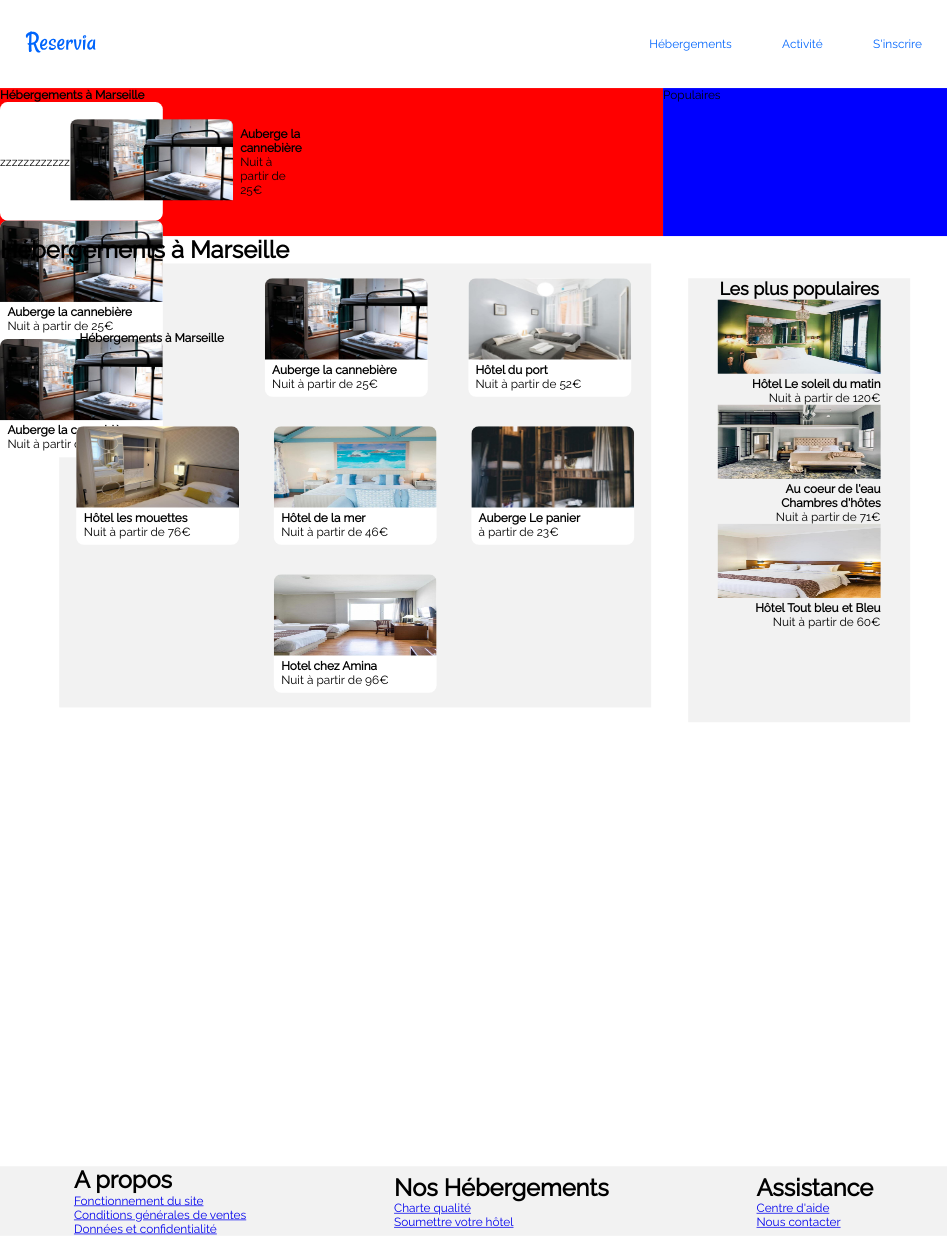
Repository: SoumareHarona/Soumaraharona_P2_18052021
Page: reservia.html
These files come from the project's save history. The page is drawn as it stood at one moment and after the next save; the edit follows.
The browser window is 1280 px wide. The pictures show the whole page, at 74% of full size.

Above is the page before, as saved 2021-06-14 16:02:28.

### reservia.html
<!DOCTYPE html>
<html lang="fr">
    <head>
        <link rel="preconnect" href="https://fonts.gstatic.com">
        <link href="https://fonts.googleapis.com/css2?family=Raleway:wght@100&display=swap" rel="stylesheet">
        <meta charset="utf-8">
        <title>Réservia</title>
        <link rel="stylesheet" href="style.css">
        <link rel="icon" type="image/png" sizes="16x16" href="images/logo/Reservia@3x.png">
    </head>

    <body>
        <header>

            <nav class="navbar">
                <ul>
                    <li class="navbar-logo"><a href="#"><img class="logo" src="images/logo/Reservia.svg"></a></li>
                    <li class="=navbar-links"><a href="#">Hébergements</a></li>
                    <li class="navbar-links"><a href="#">Activité</a></li>
                    <li class="navbar-links"><a href="#">S'inscrire</a></li>
                </ul>
            </nav>

        </header>

        <div class="hebEtPop">
            <div class="heb" style="background-color: red;height: 200px;">
                <p class="titre"><b>Hébergements à Marseille</b></p>
                <div class="cards">
                <div class="items" style="display: flex;">
                    <div class="card">zzz</div>
                    <div class="card">zzz</div>
                    <div class="card">zzz</div>
                    <div class="card">zzz</div>




                    <a href="#"><img class="mosaique" src="images/hebergements/4_small/marcus-loke-WQJvWU_HZFo-unsplash.jpg" alt="" ></a>
                    <p><b>Auberge la cannebière</b><br>Nuit à partir de 25€</p>
                </div>
                                <div class="items">
                    <a href="#"><img class="mosaique" src="images/hebergements/4_small/marcus-loke-WQJvWU_HZFo-unsplash.jpg" alt="" ></a>
                    <p><b>Auberge la cannebière</b><br>Nuit à partir de 25€</p>
                </div>
                                <div class="items">
                    <a href="#"><img class="mosaique" src="images/hebergements/4_small/marcus-loke-WQJvWU_HZFo-unsplash.jpg" alt="" ></a>
                    <p><b>Auberge la cannebière</b><br>Nuit à partir de 25€</p>
                </div>

                </div>

            </div>
            <div class="pop" style="background-color: blue;height: 200px;">Populaires</div>
        </div>

        <div><h1>Hébergements à Marseille</h1></div>


            <div id="hebergements">
                <div class="titre"><p><b>Hébergements à Marseille</b></p></div>
                <div class="items">
                    <a href="#"><img class="mosaique" src="images/hebergements/4_small/marcus-loke-WQJvWU_HZFo-unsplash.jpg" alt="" ></a>
                    <p><b>Auberge la cannebière</b><br>Nuit à partir de 25€</p>
                </div>

                <div class="items">
                    <a href="#"><img class="mosaique" src="images/hebergements/4_small/fred-kleber-gTbaxaVLvsg-unsplash.jpg" alt="" ></a>
                    <p><b>Hôtel du port</b><br> Nuit à partir de 52€</p>
                </div>

                <div class="items">
                    <a href="#"><img class="mosaique" src="images/hebergements/4_small/reisetopia-B8WIgxA_PFU-unsplash.jpg" alt="" ></a>
                    <p><b>Hôtel les mouettes</b><br>Nuit à partir de 76€</p>
                </div>

                <div class="items">
                    <a href="#"><img class="mosaique" src="images/hebergements/4_small/annie-spratt-Eg1qcIitAuA-unsplash.jpg" alt="" ></a>
                    <p><b>Hôtel de la mer</b> <br> Nuit à partir de 46€</p>
                </div>

                <div class="items">
                    <a href="#"><img class="mosaique" src="images/hebergements/4_small/nicate-lee-kT-ZyaiwBe0-unsplash.jpg" alt=""  ></a>
                    <p><b>Auberge Le panier</b><br> à partir de 23€</p>
                </div>

                <div class="items">
                    <a href="#"><img class="mosaique" src="images/hebergements/4_small/febrian-zakaria-M6S1WvfW68A-unsplash.jpg" alt="" ></a>
                    <p><b>Hotel chez Amina</b><br> Nuit à partir de 96€</p>
                </div>
            </div>

            <aside>
                <h2>Les plus populaires</h2>
                <div class="item-aside">
                    <a href="#"><img src="images/hebergements/4_small/emile-guillemot-Bj_rcSC5XfE-unsplash.jpg" alt="" height="100" width="220"></a>
                    <p><b>Hôtel Le soleil du matin</b><br>Nuit à partir de 120€</p>
                </div>

                <div class="item-aside">
                    <a href="#"><img src="images/hebergements/4_small/aw-creative-VGs8z60yT2c-unsplash.jpg" alt="" height="100" width="220"></a>
                    <p><b>Au coeur de l'eau</b><br><b>Chambres d'hôtes</b><br>Nuit à partir de 71€</p>
                </div>

                <div class="item-aside">
                    <a href="#"><img src="images/hebergements/4_small/febrian-zakaria-sjvU0THccQA-unsplash.jpg" alt="" height="100" width="220"></a>
                    <p><b>Hôtel Tout bleu et Bleu</b><br>Nuit à partir de 60€</p>
                </div>
        </aside>

        <footer>
            <div id="footer">
                <div class="item-footer">
                    <h1>A propos</h1>
                    <ul>
                        <li><a href="#">Fonctionnement du site</a></li>
                        <li><a href="#">Conditions générales de ventes</a></li>
                        <li><a href="#">Données et confidentialité</a></li>
                    </ul>
                </div>

                <div class="item-footer">
                    <h1>Nos Hébergements</h1>
                    <ul>
                        <li><a href="#">Charte qualité</a></li>
                        <li><a href="#">Soumettre votre hôtel</a></li>
                    </ul>
                </div>

                <div class="item-footer">
                    <h1>Assistance</h1>
                    <ul>
                        <li><a href="#">Centre d'aide</a></li>
                        <li><a href="#">Nous contacter</a></li>
                    </ul>
                </div>
            </div>
        </footer>
    </body>
</html>

### style.css
@import url("https://fonts.googleapis.com/css2?family=Raleway&display=swap");

* {
  margin: 0;
  padding: 0;
  box-sizing: border-box;
  font-family: "Raleway";
}
.navbar ul {
  display: flex;
  width: 100%;
  align-items: center;
  background-color: white;
}

.navbar li {
  list-style-type: none;
  padding: 1.5rem;
  margin: 10px;
}

.navbar a {
  text-decoration: none;
  color: #0065fc;
}
.navbar-logo {
  flex: 1;
  font-size: 1.5rem;
  user-select: none;
}

.navbar-links : :hover {
  background-color: #deebff;
}

.titre {
  display: flex;
  justify-content: flex-start;
  margin: 0;
}
#hebergements {
  display: flex;
  flex-wrap: wrap;
  justify-content: space-around;
  max-width: 800px;
  width: 80%;
  background-color: #f2f2f2;
  margin-left: 80px;
  align-items: center;
  height: 600px;
  border: 30px;
}

.items {
  width: 220px;
  height: 160px;
  background-color: white;
  border-radius: 10px;
  align-items: center;
  border: 20px;
}
.items img {
  width: 220px;
  height: 110px;
  border-top-left-radius: 10px;
  border-top-right-radius: 10px;
}

.items p {
  margin-left: 10px;
}

aside {
  display: flex;
  flex-direction: column;
  float: right;
  height: 600px;
  width: 300px;
  text-align: right;
  margin-top: 20px;
  background-color: #f2f2f2;
  position: relative;
  top: -600px;
  margin-right: 50px;
  align-items: center;
}

.item-footer ul {
  list-style-type: none;
}

.item-footer li {
  align-items: center;
}
#footer {
  display: flex;
  justify-content: space-around;
  flex-wrap: wrap;
  align-items: center;
  background-color: #f2f2f2;
  max-width: 1400px;
  width: 100%;
}

.hebEtPop {
  display: flex;
  flex-wrap: wrap;
}

.heb {
  width: 70%;
}
.pop {
  width: 30%;
}

/* tablet */
@media screen and (min-width: 768px) and (max-width: 1023px) {
  .heb {
    order: 2;
    width: 100%;
  }
  .pop {
    order: 1;
    width: 100%;
  }
}

/* mobile */
@media screen and (max-width: 767px) {
}

/*
@media (max-width: 600px) {
        .navbar ul {
            flex-wrap: wrap;
        }
        .navbar-links {
            width: 100%;
            text-align: center;
        }
        .aside {
            display: flex;
            flex-direction: row;
            width: 100%;

        }

} */

After the next save:
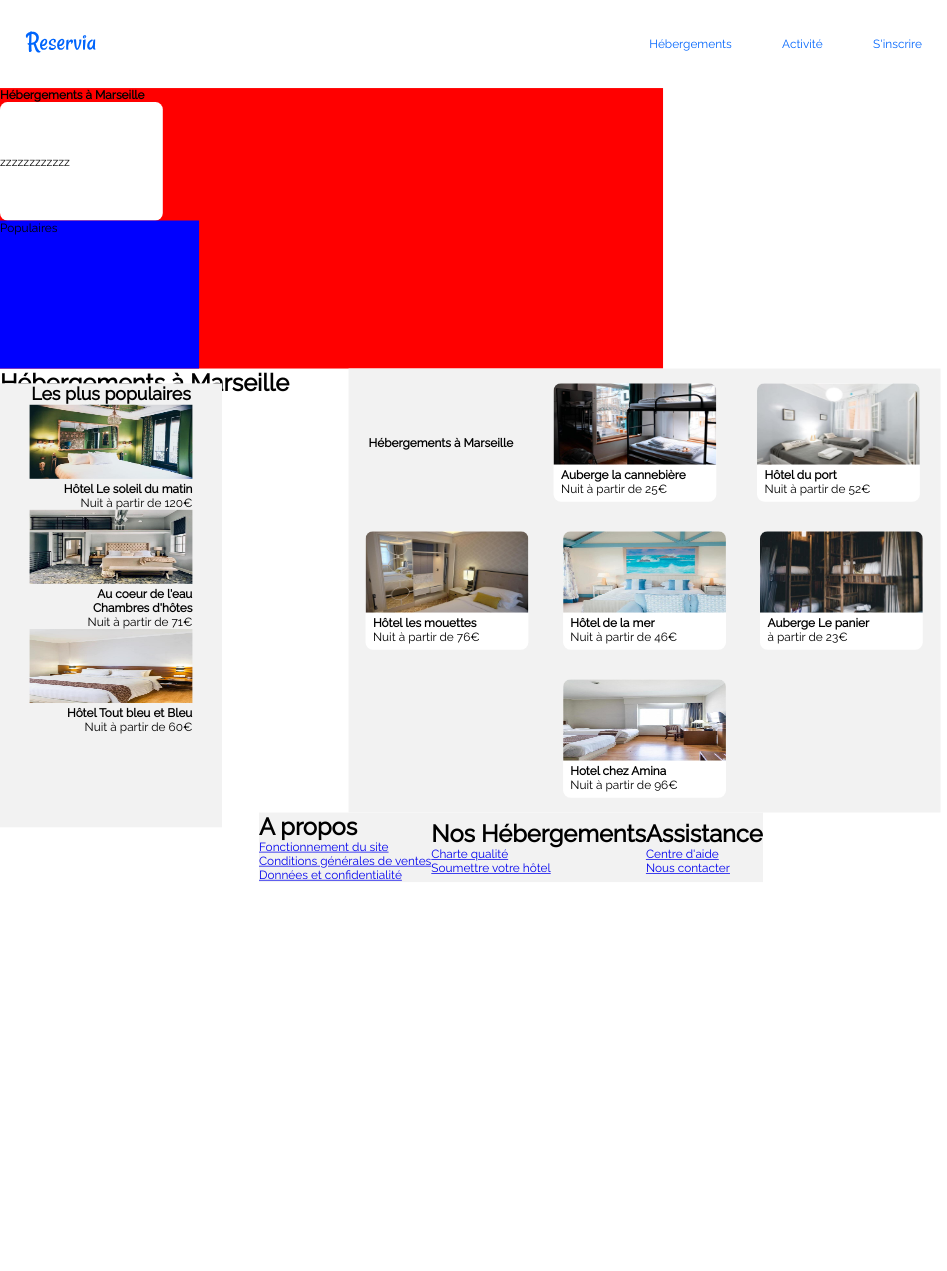
Saved 18 s later.
--- a/reservia.html
+++ b/reservia.html
@@ -24,7 +24,7 @@
         </header>
 
         <div class="hebEtPop">
-            <div class="heb" style="background-color: red;height: 200px;">
+            <div class="heb" style="background-color: red;">
                 <p class="titre"><b>Hébergements à Marseille</b></p>
                 <div class="cards">
                 <div class="items" style="display: flex;">
@@ -32,21 +32,6 @@
                     <div class="card">zzz</div>
                     <div class="card">zzz</div>
                     <div class="card">zzz</div>
-
-
-
-
-                    <a href="#"><img class="mosaique" src="images/hebergements/4_small/marcus-loke-WQJvWU_HZFo-unsplash.jpg" alt="" ></a>
-                    <p><b>Auberge la cannebière</b><br>Nuit à partir de 25€</p>
-                </div>
-                                <div class="items">
-                    <a href="#"><img class="mosaique" src="images/hebergements/4_small/marcus-loke-WQJvWU_HZFo-unsplash.jpg" alt="" ></a>
-                    <p><b>Auberge la cannebière</b><br>Nuit à partir de 25€</p>
-                </div>
-                                <div class="items">
-                    <a href="#"><img class="mosaique" src="images/hebergements/4_small/marcus-loke-WQJvWU_HZFo-unsplash.jpg" alt="" ></a>
-                    <p><b>Auberge la cannebière</b><br>Nuit à partir de 25€</p>
-                </div>
 
                 </div>
 
